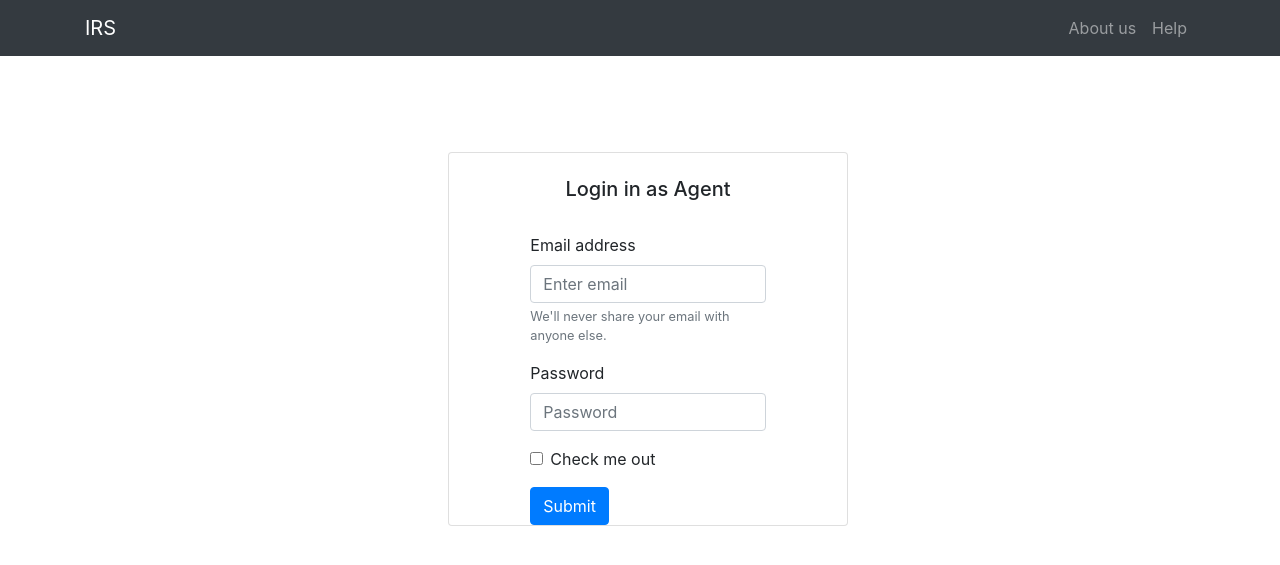
Repository: greeshmavyas/IRS_CS
Page: / (app in AgentManagement/Frontend/)
These files come from the project's save history. The page is drawn as it stood at one moment and after the next save; the edit follows.
The browser window is 1280 px wide. The pictures show the whole page.
Some web libraries are served in a nearby version. The project was rebuilt for these pictures with package versions that can differ from the ones it lists, and the page was loaded fresh each time. Also part of the build but not shown: AgentManagement/Frontend/src/components/NavbarDash.js, AgentManagement/Frontend/src/components/Sidebar.js, AgentManagement/Frontend/src/components/Dashboard.js, AgentManagement/Frontend/src/components/Settings.js, AgentManagement/frontend/src/App.css.

Above is the page before, as saved 2020-10-26 16:29:57.

### AgentManagement/frontend/public/index.html
<!DOCTYPE html>
<html lang="en">
  <head>
    <meta charset="utf-8" />
    <link rel="icon" href="%PUBLIC_URL%/favicon.ico" />
    <meta name="viewport" content="width=device-width, initial-scale=1" />
    <meta name="theme-color" content="#000000" />
    <meta
      name="description"
      content="Web site created using create-react-app"
    />
    <link rel="apple-touch-icon" href="%PUBLIC_URL%/logo192.png" />
    <!--
      manifest.json provides metadata used when your web app is installed on a
      user's mobile device or desktop. See https://developers.google.com/web/fundamentals/web-app-manifest/
    -->
    <link rel="manifest" href="%PUBLIC_URL%/manifest.json" />
    <link rel="stylesheet" href="https://stackpath.bootstrapcdn.com/bootstrap/4.4.1/css/bootstrap.min.css"
      integrity="sha384-Vkoo8x4CGsO3+Hhxv8T/Q5PaXtkKtu6ug5TOeNV6gBiFeWPGFN9MuhOf23Q9Ifjh" crossorigin="anonymous">
    <script src="https://kit.fontawesome.com/db1fc867ad.js" crossorigin="anonymous"></script>
    <!--
      Notice the use of %PUBLIC_URL% in the tags above.
      It will be replaced with the URL of the `public` folder during the build.
      Only files inside the `public` folder can be referenced from the HTML.

      Unlike "/favicon.ico" or "favicon.ico", "%PUBLIC_URL%/favicon.ico" will
      work correctly both with client-side routing and a non-root public URL.
      Learn how to configure a non-root public URL by running `npm run build`.
    -->
    <title>React App</title>
  </head>
  <body>
    <noscript>You need to enable JavaScript to run this app.</noscript>
    <div id="root"></div>
    <script src="https://code.jquery.com/jquery-3.4.1.slim.min.js"
      integrity="sha384-J6qa4849blE2+poT4WnyKhv5vZF5SrPo0iEjwBvKU7imGFAV0wwj1yYfoRSJoZ+n" crossorigin="anonymous"></script>
    <script src="https://cdn.jsdelivr.net/npm/popper.js@1.16.0/dist/umd/popper.min.js"
      integrity="sha384-Q6E9RHvbIyZFJoft+2mJbHaEWldlvI9IOYy5n3zV9zzTtmI3UksdQRVvoxMfooAo" crossorigin="anonymous"></script>
    <script src="https://stackpath.bootstrapcdn.com/bootstrap/4.4.1/js/bootstrap.min.js"
      integrity="sha384-wfSDF2E50Y2D1uUdj0O3uMBJnjuUD4Ih7YwaYd1iqfktj0Uod8GCExl3Og8ifwB6" crossorigin="anonymous"></script>
    <!--
      This HTML file is a template.
      If you open it directly in the browser, you will see an empty page.

      You can add webfonts, meta tags, or analytics to this file.
      The build step will place the bundled scripts into the <body> tag.

      To begin the development, run `npm start` or `yarn start`.
      To create a production bundle, use `npm run build` or `yarn build`.
    -->
  </body>
</html>

### AgentManagement/Frontend/src/App.js
import React from 'react';
import { BrowserRouter } from 'react-router-dom';
import Main from "./Main"
import './App.css';

function App() {
  return (
    <div>
      <BrowserRouter>
        <Main />
      </BrowserRouter>
    </div>
  );
}

export default App;

### AgentManagement/Frontend/src/Main.js
import React, { Component } from 'react';
import { Route } from 'react-router-dom';
import login from './components/login';
import Dashboard from './components/Dashboard';
import Settings from './components/Settings';

 class Main extends Component {
    render() {
        return (
          <div>
            <Route exact path="/" component={login} />
            <Route exact path="/dashboard" component={Dashboard} />
            <Route exact path="/settings" component={Settings} />
          </div>
        );
    }
}

export default Main;

### AgentManagement/Frontend/src/components/login.js
import React, { Component } from "react";
import Card from 'react-bootstrap/Card'
import NavbarLogin from './NavbarLogin'
import Form from 'react-bootstrap/Form'
import Button from 'react-bootstrap/Button'


class login extends Component {
  constructor() {
    super();
    this.state = {
      email: "",
      password: "",
      userType: "",
      errors: {},
    };
  }

  onChange = (e) => {
    this.setState({
      [e.target.name]: e.target.value,
    });
  };

  render() {
    return (
      <div>
        <NavbarLogin />
        <br></br>
        <br></br>
        <br></br>
          <Card style={{ width: '25rem', 'margin-left': '35%' }}>
            <div className="container">
              <div className="row">
                <div className="col-md-8 m-auto">
                  <br></br>
                  <center><h5>Login in as Agent</h5></center>
                  <br></br>
                  <Form>
                    <Form.Group controlId="formBasicEmail">
                      <Form.Label>Email address</Form.Label>
                      <Form.Control type="email" placeholder="Enter email" />
                      <Form.Text className="text-muted">
                        We'll never share your email with anyone else.
                    </Form.Text>
                    </Form.Group>

                    <Form.Group controlId="formBasicPassword">
                      <Form.Label>Password</Form.Label>
                      <Form.Control type="password" placeholder="Password" />
                    </Form.Group>
                    <Form.Group controlId="formBasicCheckbox">
                      <Form.Check type="checkbox" label="Check me out" />
                    </Form.Group>
                    <Button variant="primary" type="submit">
                      Submit
                    </Button>
                  </Form>
                  {/*  <form onSubmit={this.onSubmit}>
                <div className="form-group">
                <strong>Username</strong>
                  <input
                    type="email"
                    className="form-control form-control-lg"
                    placeholder="Email Address"
                    name="email"
                    value={this.state.email}
                    onChange={this.onChange}
                  />
                </div>
                <div className="form-group">
                <strong>Password</strong>
                  <input
                    type="password"
                    className="form-control form-control-lg"
                    placeholder="Password"
                    name="password"
                    value={this.state.password}
                    onChange={this.onChange}
                  />
                </div>
                 <a href="/dashboard" class="btn btn-info btn-block mt-4">
                    Login
                  </a>
                  <br></br>
                  <br></br>
              </form> */}
                </div>
              </div>
            </div>
          </Card>
      </div>
    );
  }
}

export default login;

### AgentManagement/Frontend/src/components/NavbarLogin.js
import React, { Component } from 'react';

class NavbarLogin extends Component {

  handleLogout = () => {
    window.localStorage.clear();
  };

  render() {
    return (
      <nav className="navbar navbar-expand-sm navbar-dark bg-dark mb-4">
        <div className="container">
          <a className="navbar-brand" href="/companyDashboard">
            IRS
          </a>
          <button
            className="navbar-toggler"
            type="button"
            data-toggle="collapse"
            data-target="#mobile-nav"
          >
            <span className="navbar-toggler-icon"></span>
          </button>

          <div className="collapse navbar-collapse" id="mobile-nav">

            <ul className="navbar-nav ml-auto">
              <li className="nav-item">
                <a className="nav-link" href="/">
                  About us
                </a>
              </li>
              <li className="nav-item">
                <a className="nav-link" href="/" onClick={this.handleLogout}>
                  Help
                </a>
              </li>
            </ul>
          </div>
        </div>
      </nav>
    );
  }
}

export default NavbarLogin;

Loaded but not shown: AgentManagement/Frontend/src/index.js (common file); AgentManagement/frontend/src/index.css (common file); AgentManagement/frontend/src/serviceWorker.js (common file)

After the next save:
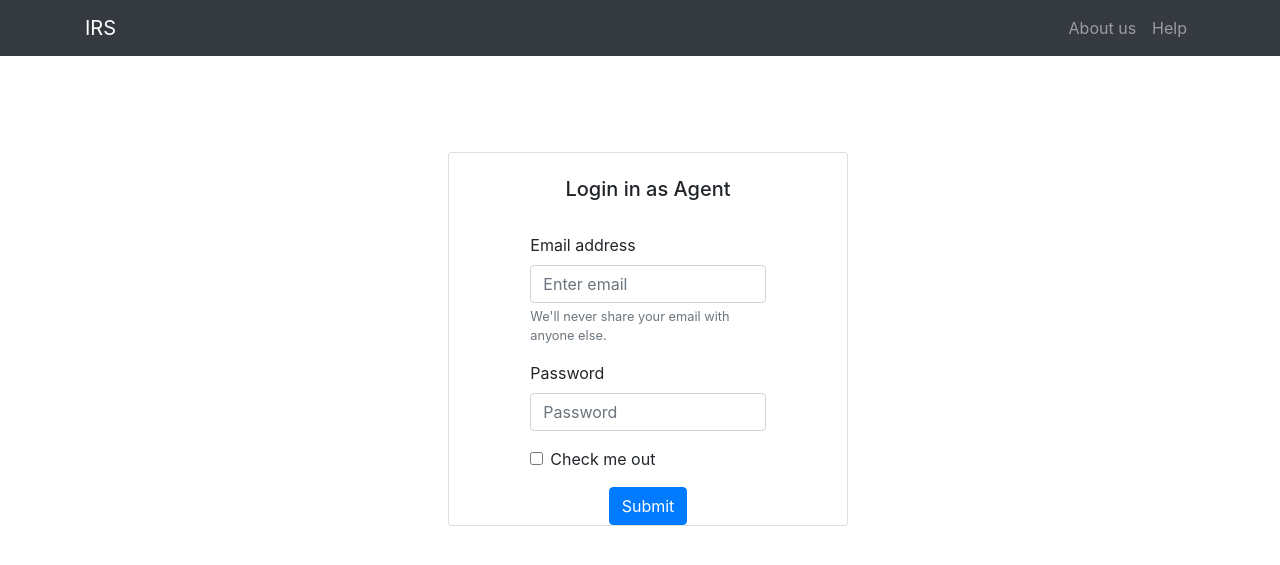
Saved 31 s later.
--- a/AgentManagement/Frontend/src/components/login.js
+++ b/AgentManagement/Frontend/src/components/login.js
@@ -52,9 +52,11 @@ class login extends Component {
                     <Form.Group controlId="formBasicCheckbox">
                       <Form.Check type="checkbox" label="Check me out" />
                     </Form.Group>
+                    <center>
                     <Button variant="primary" type="submit">
                       Submit
                     </Button>
+                    </center>
                   </Form>
                   {/*  <form onSubmit={this.onSubmit}>
                 <div className="form-group">
